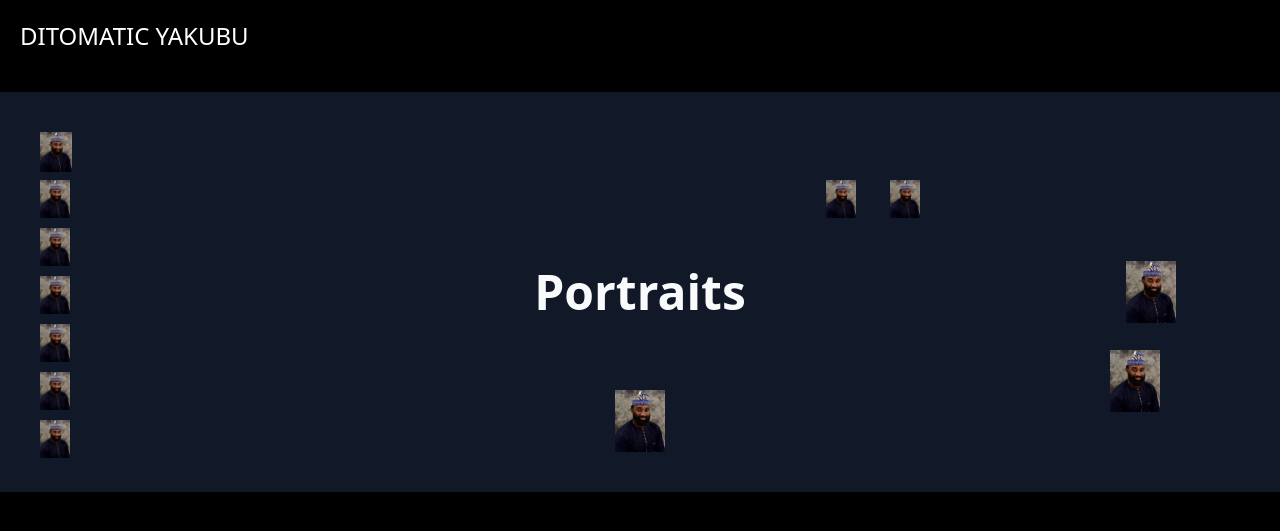
Repository: latenightsnacc/Ditomatic-Demo
Page: home.html
These files come from the project's save history. The page is drawn as it stood at one moment and after the next save; the edit follows.
The browser window is 1280 px wide. The pictures show the whole page.
Some web libraries are served in a nearby version.

Above is the page before, as saved 2021-02-24 12:06:45.

### home.html
<!DOCTYPE html>
<html lang="en" class="bg-black">
<head>
    <meta charset="UTF-8">
    <meta name="viewport" content="width=device-width, initial-scale=1.0">
    <!--Tailwind 2.0.2-->
    <link href="https://cdnjs.cloudflare.com/ajax/libs/tailwindcss/2.0.2/tailwind.min.css" rel="stylesheet">
    <!--Font Awesome 5.15.1-->
    <link rel="stylesheet" href="https://cdnjs.cloudflare.com/ajax/libs/font-awesome/5.15.1/css/all.min.css" integrity="sha512-+4zCK9k+qNFUR5X+cKL9EIR+ZOhtIloNl9GIKS57V1MyNsYpYcUrUeQc9vNfzsWfV28IaLL3i96P9sdNyeRssA==" crossorigin="anonymous" />
    <!-- Bootstrap 5.0.0 Beta-->
    <!-- <link href="https://cdn.jsdelivr.net/npm/bootstrap@5.0.0-beta1/dist/css/bootstrap.min.css" rel="stylesheet" integrity="sha384-giJF6kkoqNQ00vy+HMDP7azOuL0xtbfIcaT9wjKHr8RbDVddVHyTfAAsrekwKmP1" crossorigin="anonymous" /> -->
    <!--Page Title-->
    <title>Ditomatic Fotografy</title>
    <style>
        .zoom {

          transition: transform .2s; /* Animation */

        }

        .zoom:hover {
          transform: scale(2.5); /* (250% zoom - Note: if the zoom is too large, it will go outside of the viewport) */

        }
        </style>
</head>
<body>
    <!--Header-->
    <header>
        <nav class="container-sm p-5 shadow-2xl flex flex-row justify-between">
            <a href="home.html" class="text-white uppercase text-2xl">Ditomatic Yakubu</a>
            <ul></ul>
        </nav>
    </header>
    <!--End of Header-->
    <div class="my-5"></div>
    <section class="bg-gray-900 shadow-2xl py-10">
        <div class="px-10">
            <div class="flex justify-center items-center relative h-80">
                <h2 class="capitalize font-bold text-gray-50 text-5xl uppercase">portraits</h2>
                <div class="absolute left-0 top-0 z-0 hover:z-50">
                    <img src="images/malePortrait.jpg"  class="w-8 z-0 zoom hover:z-50">
                </div>
                <div class="absolute left-0 top-12 z-0">
                    <img src="images/malePortrait.jpg" width="30px" class="z-0">
                </div>
                <div class="absolute left-0 top-24">
                    <img src="images/malePortrait.jpg" width="30px">
                </div>
                <div class="absolute left-0 top-36">
                    <img src="images/malePortrait.jpg" width="30px">
                </div>
                <div class="absolute left-0 top-48">
                    <img src="images/malePortrait.jpg" width="30px">
                </div>
                <div class="absolute left-0 top-60">
                    <img src="images/malePortrait.jpg" width="30px">
                </div>
                <div class="absolute left-0 top-72">
                    <img src="images/malePortrait.jpg" width="30px">
                </div>
                <div class="absolute right-80 top-12">
                    <img src="images/malePortrait.jpg" width="30px">
                </div>
                <div class="absolute right-96 top-12">
                    <img src="images/malePortrait.jpg" width="30px">
                </div>
                <div class="absolute right-16 top-50">
                    <img src="images/malePortrait.jpg" width="50px">
                </div>
                <div class="absolute right-20 bottom-10">
                    <img src="images/malePortrait.jpg" width="50px">
                </div>
                <div class="absolute center-0 bottom-0">
                    <img src="images/malePortrait.jpg" width="50px">
                </div>

            </div>
        </div>
    </section>
</body>
</html>

After the next save:
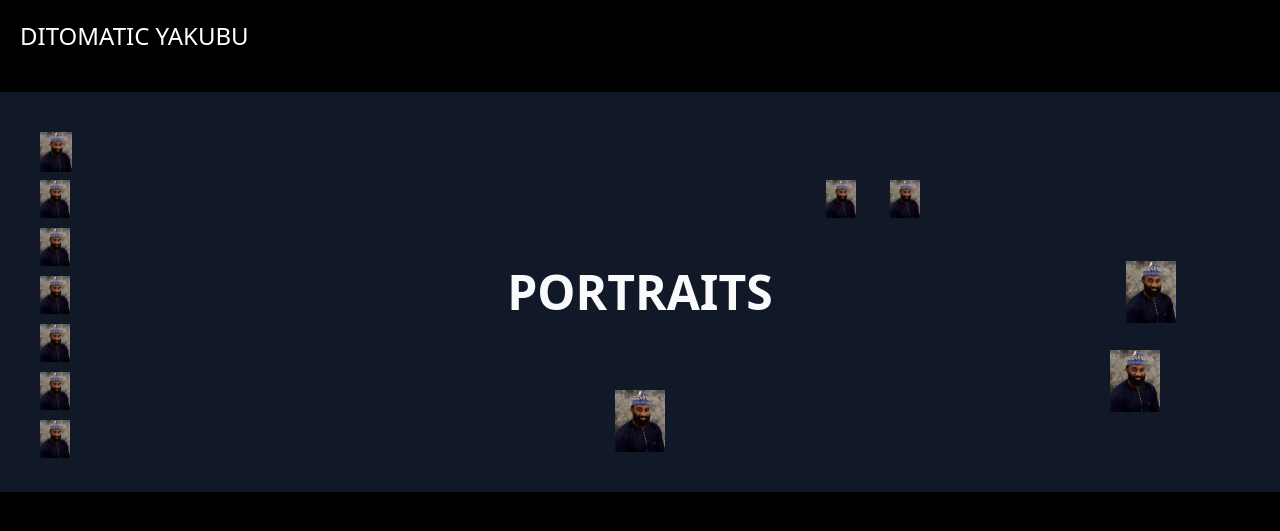
Saved 11 s later.
--- a/home.html
+++ b/home.html
@@ -37,7 +37,7 @@
     <section class="bg-gray-900 shadow-2xl py-10">
         <div class="px-10">
             <div class="flex justify-center items-center relative h-80">
-                <h2 class="capitalize font-bold text-gray-50 text-5xl uppercase">portraits</h2>
+                <h2 class="font-bold text-gray-50 text-5xl uppercase">portraits</h2>
                 <div class="absolute left-0 top-0 z-0 hover:z-50">
                     <img src="images/malePortrait.jpg"  class="w-8 z-0 zoom hover:z-50">
                 </div>
